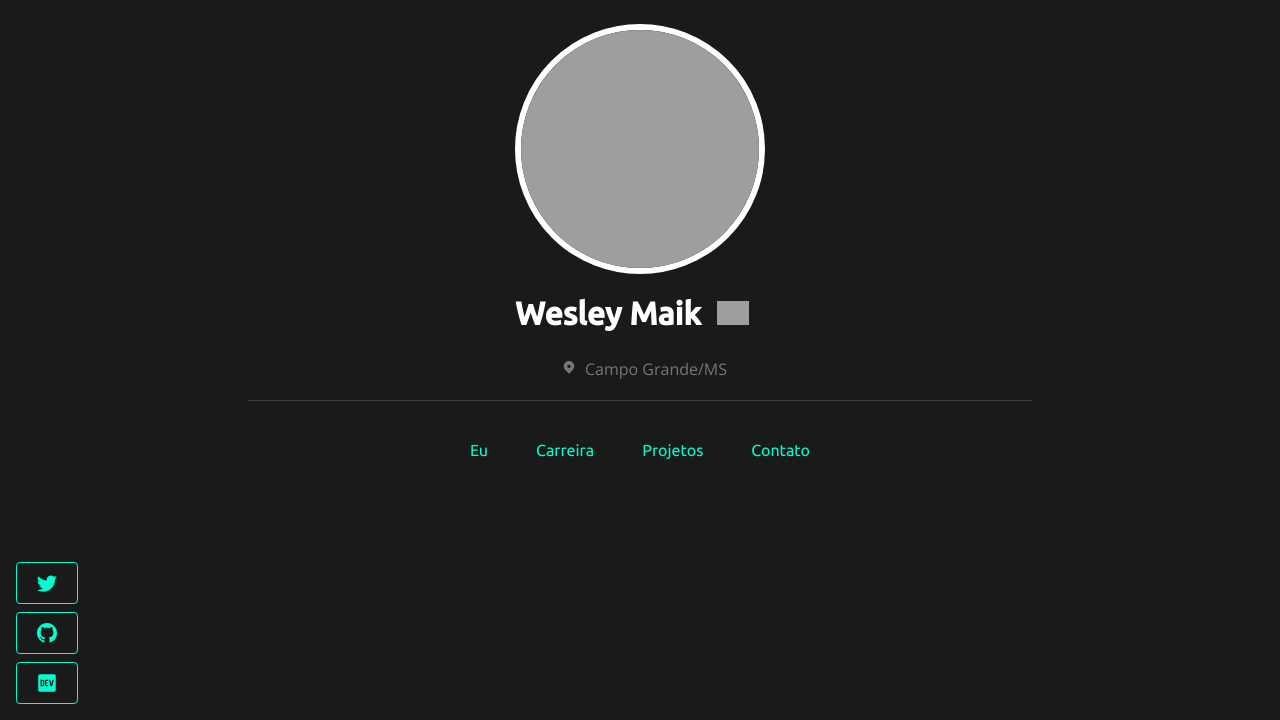
Repository: WesleyMaik/wesleymaik.github.io
Page: /
These files come from the project's save history. The page is drawn as it stood at one moment and after the next save; the edit follows.
The browser window is 1280 px wide. The pictures show the whole page.
Pictures or frames that could not be fetched are drawn as grey boxes. The page's requests for data from a server got no answer. The project was rebuilt for these pictures with package versions that can differ from the ones it lists, and the page was loaded fresh each time. No one was signed in, and anything a server would have sent is missing. Also part of the build but not shown: vite.config.ts.

Above is the page before, as saved 2022-08-08 13:37:19.

### index.html
<!DOCTYPE html>
<html lang="en">
  <head>
    <meta charset="UTF-8" />
    <link rel="icon" type="image/svg+xml" href="/vite.svg" />
    <meta name="viewport" content="width=device-width, initial-scale=1.0" />
    <title>Wesley Maik - Portifólio</title>
  </head>
  <body>
    <div id="root"></div>
    <script type="module" src="/src/main.tsx"></script>
  </body>
</html>

### src/main.tsx
//Modules
import React from 'react'
import ReactDOM from 'react-dom/client'
import App from './pages'

//Style
import "./styles/global.scss";

ReactDOM.createRoot(document.getElementById('root') as HTMLElement).render(
  <React.StrictMode>
    <App />
  </React.StrictMode>
)

### src/pages/index.tsx
//Modules
import styled from "styled-components";
import Header from "../components/template/header";

const App = () => {
    const Main = styled.main`
      max-width:800px;
      margin:auto;
    `;

    return(
      <Main>
        <Header />
      </Main>
    )
};

export default App

### src/styles/global.scss
//Fonts
@import url('https://fonts.googleapis.com/css2?family=Open+Sans:wght@300;400;600&family=Poppins:wght@300;400;600&family=Roboto+Mono:wght@300;400;700&family=Ubuntu:wght@300;400;500&display=swap');

:root{
    --bg-primary:#181b19;
    --bg-secundary:#2c372e;
    --color-default:#fff;
    --color-primary:#00ffd0;
    --color-secundary:#01dba4;
    --color-fade:#01dba410;
}

*{
    box-sizing: border-box;
    transition: all ease 0.25s;
}

html, body{
    margin:0;

    color:var(--color-default);
    background-color: var(--bg-primary);

    font-family: 'Arial', 'Tahoma';
}

h1, h2, h3, h4, h5, h6{
    font-family: 'Poppins', 'Arial';
}

p{
    font-family: 'Open Sans', 'Arial';
}

div, span{
    font-family: 'Ubuntu', 'Arial';
}

a{
    color: var(--color-primary);
    text-decoration: none;
}

hr{
    width:100%;
    border:none;
    border-top: 1px solid #ffffff25;
}

### src/components/template/header.tsx
import styled from "styled-components";
import Avatar from "../avatar";
import Github from "./github";
import Navigation from "./navigation";
import Social, { SocialFloat } from "./social";

const Header = () => {
    const Header = styled.header`
        width:100%;
        min-height:20em;

        display:flex;
        flex-direction:column;
        align-items:center;
        gap:0.5em;

        padding:0.5em;
        margin:1em 0;

        .title{
            margin:0.25em 0;
            .icon{
                width:32px;
            }
        }
    `;

    return(
        <Header>
            <Avatar />
            <h1 className="title">
                <span>Wesley Maik</span>
                <img
                    className="icon"
                    src="https://raw.githubusercontent.com/MartinHeinz/MartinHeinz/master/wave.gif"
                    style={{ display: "inline-block", margin:'0 0.5em' }}
                    data-target="animated-image.originalImage"
                />
            </h1>

            <Github />
            <hr />
            <SocialFloat />
            <Navigation />
        </Header>
    )
};

export default Header;

### src/components/avatar/index.tsx
//Modules
import styled from "styled-components";

// https://api.github.com/users/wesleymaik

const Avatar = () => {
    const Content = styled.div`
        width:250px;
        height:250px;

        overflow:hidden;

        border:6px solid #fff;
        border-radius:50%;

        .img{
            width:100%;
            height:100%;
        }
    `;

    return(
        <Content>
            <img className="img" src="https://avatars.githubusercontent.com/u/85949116?v=4"/>
        </Content>
    )
};

export default Avatar;

### src/components/template/github.tsx
//Modules
import { useCallback, useEffect, useState } from "react";
import styled from "styled-components";
import { api } from "../../services/api";

//Components
import { TiLocation } from 'react-icons/ti';
import { getGithubStats, setGithubStats } from "../../hook/session";

export interface IGithub {
    login: string;
    id: number;
    node_id: string;
    avatar_url: string;
    gravatar_id: string;
    url: string;
    html_url: string;
    followers_url: string;
    following_url: string;
    gists_url: string;
    starred_url: string;
    subscriptions_url: string;
    organizations_url: string;
    repos_url: string;
    events_url: string;
    received_events_url: string;
    type: string;
    site_admin: boolean;
    name: string;
    company: string;
    blog: string;
    location: string;
    email: string;
    hireable: string;
    bio: string;
    twitter_username: string;
    public_repos: number;
    public_gists: number;
    followers: number;
    following: number;
    created_at: string;
    updated_at: string;
};


const gitInfo = {};

const Github = () => {
    const Container = styled.div`
        width:100%;

        display:flex;
        flex-direction:column;
        justify-content:center;
        align-items:center;
        gap:0.5em;

        .location{
            .title{
                color:#d3d3d380;
            }
        }

        .info{
            width:100%;

            display:flex;
            flex-direction:row;
            gap:0.5em;


            .card{
                width:100%;

                display:flex;
                align-items:center;
                flex-direction:column;
                gap:0.5em;

                padding:1em;

                background-color:var(--color-fade);

                border-radius:4px;

                *{
                    margin:0;
                }

                .title{
                    font-weight:300;
                }
            }
        }
    `;

    const savedData = getGithubStats();

    const [data, setData] = useState<IGithub | null>(savedData || null),
          handleData = useCallback((data:IGithub) => {
            setData(data);
          }, [data])

    useEffect(() => {
        if(!Boolean(savedData)){
            api.get('https://api.github.com/users/wesleymaik')
            .then((response) => {
                const result = response.data as IGithub;
                handleData(result);
                setGithubStats(result)
            })
            .catch((err) => {
                console.log(err);
            });
        };
    });

    return(
        <Container>
                <div className="location">
                    <p className="title"><TiLocation className="icon" />{ data?.location || 'Campo Grande/MS' }</p>
                </div>
                {
                    data &&
                    <>
                    <div className="info">
                        <div className="card">
                            <h2 className="text">{ data?.public_repos }</h2>
                            <h5 className="title">Repositórios</h5>
                        </div>
                        <div className="card">
                            <h2 className="text">{ data?.followers }</h2>
                            <h5 className="title">Seguidores</h5>
                        </div>
                        <div className="card">
                            <h2 className="text">{ data?.following }</h2>
                            <h5 className="title">Seguindo</h5>
                        </div>
                    </div>
                    </>
                }
        </Container>
    )
};

export default Github;

### src/components/template/navigation.tsx
//Modules
import styled from "styled-components";

const Navigation = () => {
    const Container = styled.div`
        display:flex;
        flex-direction:row;
        justify-content:center;
        align-items:center;
        gap:2em;

        padding:1em;

        z-index:10;

        a{
            padding:0.5em;
            border-bottom:2px solid transparent;

            &:hover{
                background-color:var(--color-fade);
                border-bottom-color:var(--color-primary);
            }

            &:active{
                color: var(--color-secundary);
            }
        }
    `;

    return(
        <Container>
            <a href="#me">Eu</a>
            <a href="#carrer">Carreira</a>
            <a href="#project">Projetos</a>
            <a href="#contact">Contato</a>
        </Container>
    )
};

export default Navigation;

### src/components/template/social.tsx
//Modules
import styled from "styled-components";

//Component
import { BsTwitter, BsGithub } from 'react-icons/bs';
import { FaDev } from 'react-icons/fa';
import { HTMLAttributes } from "react";

interface ISocial extends HTMLAttributes<HTMLDivElement>{
    name?:boolean,
    direction?:"row" | "column"
};

const Social = (props:ISocial) => {
    const Container = styled.div`
        width:100%;

        display:flex;
        flex-direction:${!props.direction ? 'row' : props.direction};
        justify-content:center;
        gap:0.5em;

        .btn{
            cursor: pointer;

            display:flex;
            flex-direction:row;
            gap:0.5em;

            color:var(--color-primary);
            font-size:1.25em;

            border:1px solid var(--color-primary);
            border-radius:4px;
            padding:0.5em 1em;

            &:hover{
                background-color:var(--color-fade);
            }

            .text{
                ${!props.name && 'display:none;'}
            }
        }
    `;

    return(
        <Container {...props}>
            <a href="https://twitter.com/euwesleymaik" target="_blank">
                <div className="btn">
                    <BsTwitter />
                    <span className="text">Twitter</span>
                </div>
            </a>
            <a href="https://github.com/WesleyMaik" target="_blank">
                <div className="btn">
                    <BsGithub />
                    <span className="text">Github</span>
                </div>
            </a>
            <a href="https://dev.to/wesleymaik" target="_blank">
                <div className="btn">
                    <FaDev />
                    <span className="text">Dev.to</span>
                </div>
            </a>
        </Container>
    )
};

export const SocialFloat = () => {
    const Container = styled.div`
        position:fixed;
        bottom:0;
        left:0;

        margin:1em;
    `;

    return(
        <Container>
            <Social direction="column"/>
        </Container>
    )
};

export default Social;

### src/services/api.ts
//Modules
import axios from "axios";

//Api
export const api = axios.create();

### src/hook/session.ts
//Modules
import { IGithub } from "../components/template/github";

export const setSession = (key:string, data:any) => {
    const value = JSON.stringify(data);
    sessionStorage.setItem(key, value);
};

export const getSession = (key:string) => {
    const value = JSON.parse(String(sessionStorage.getItem(key))) || null;
    return value;
};

export const getGithubStats = () => {
    return getSession('github_stats') as IGithub;
};

export const setGithubStats = (data:IGithub) => {
    setSession('github_stats', data);
};

After the next save:
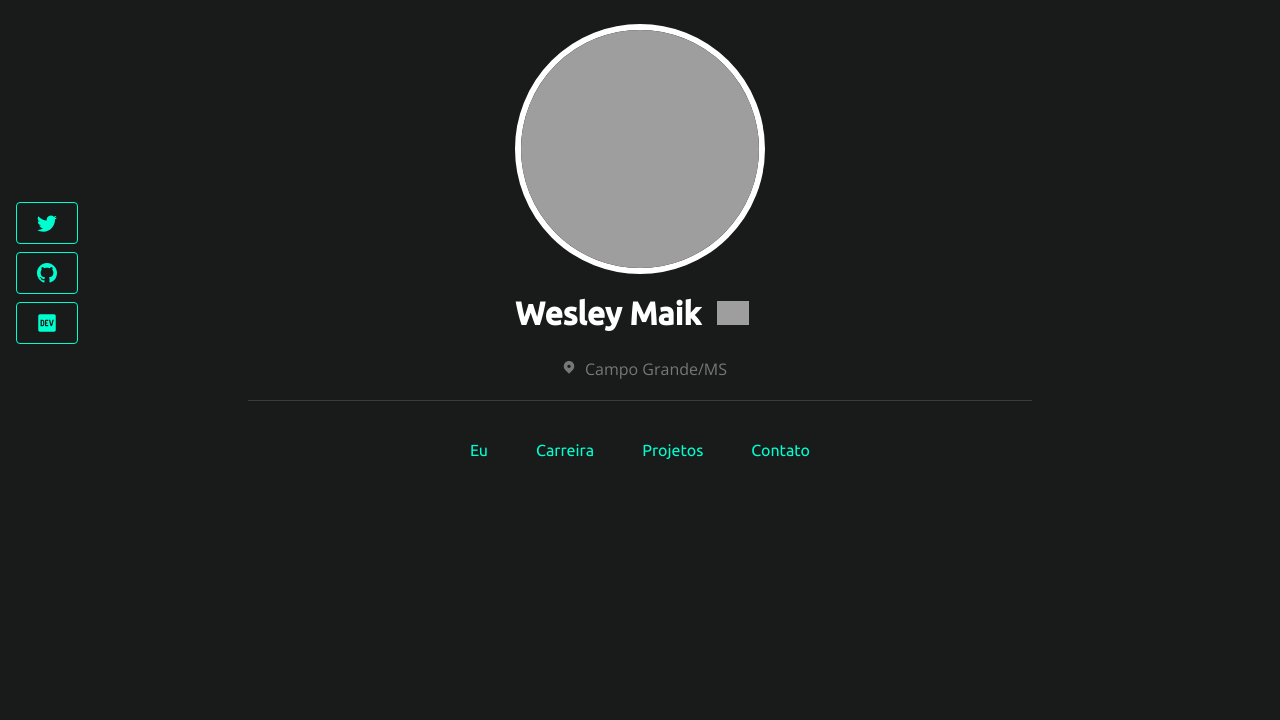
Saved 10 s later.
--- a/src/components/template/social.tsx
+++ b/src/components/template/social.tsx
@@ -71,7 +71,7 @@
 export const SocialFloat = () => {
     const Container = styled.div`
         position:fixed;
-        bottom:0;
+        bottom:50%;
         left:0;
 
         margin:1em;

After the save that followed:
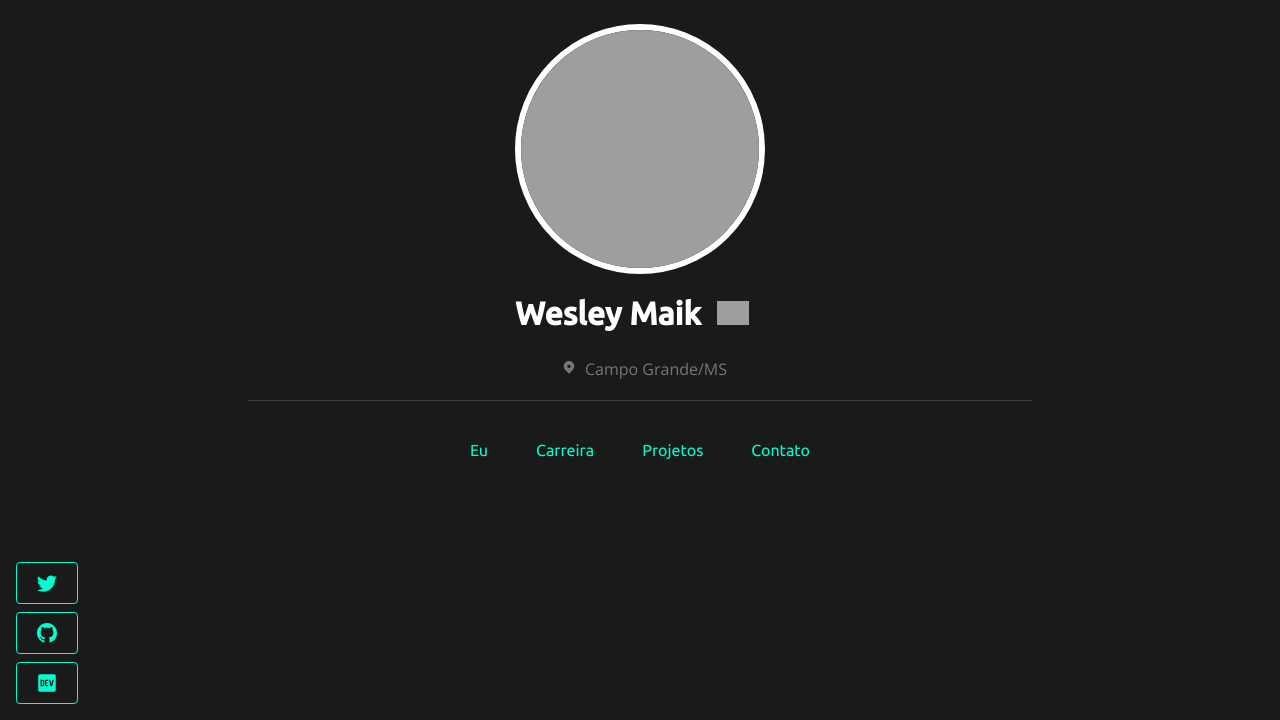
Saved 6 s later.
--- a/src/components/template/social.tsx
+++ b/src/components/template/social.tsx
@@ -71,7 +71,7 @@
 export const SocialFloat = () => {
     const Container = styled.div`
         position:fixed;
-        bottom:50%;
+        bottom:0;
         left:0;
 
         margin:1em;
